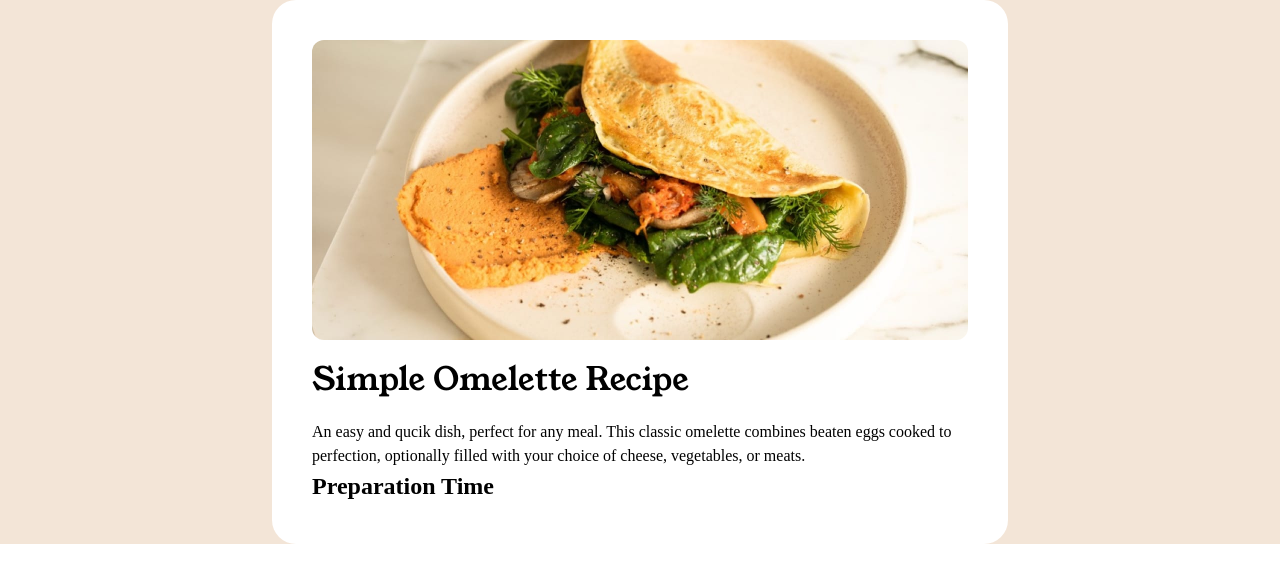
Repository: brandontaylor1/recipe-page
Page: index.html
An editor plug-in stored every save of this project. The page is shown before and after a run of saves, followed by the edit.
The browser window is 1280 px wide. The pictures show the whole page.

Above is the page before, as saved 2024-12-28 21:50:23.

After the next 2 saves:
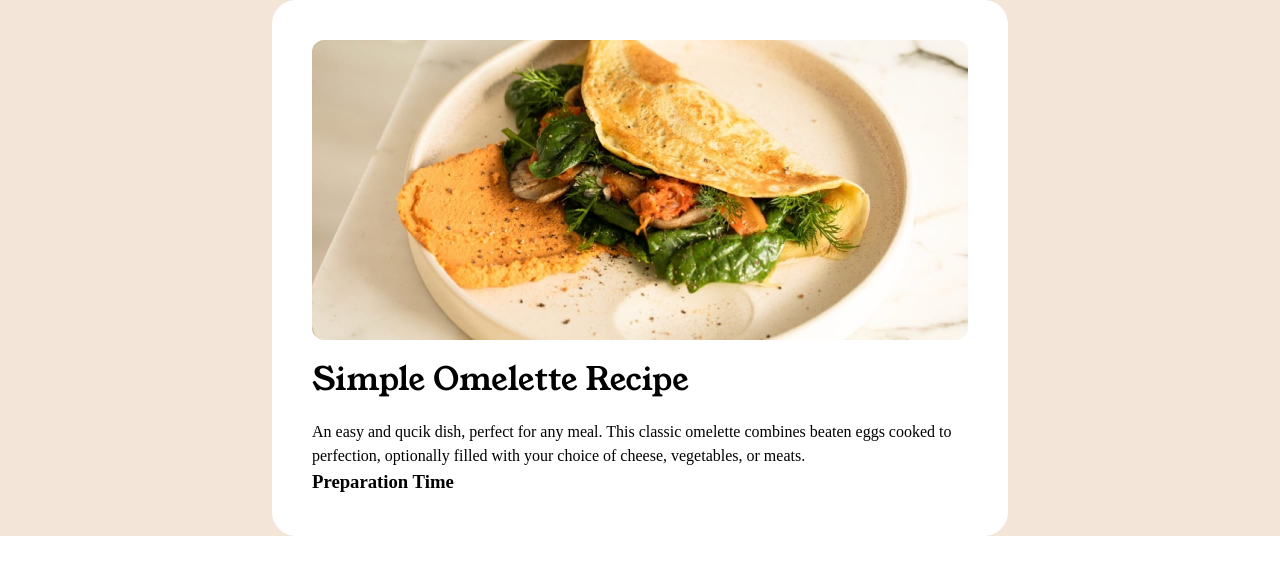
The 2 saves are shown as one change because they came seconds apart.
The last was saved 10 s later.
--- a/index.html
+++ b/index.html
@@ -18,7 +18,8 @@
                 <p>An easy and qucik dish, perfect for any meal. This classic omelette combines beaten eggs cooked to perfection, optionally filled with your choice of cheese, vegetables, or meats. </p>
             </div>
             <div class="preparation-container">
-                <h2>Preparation Time</h2>
+                <h3>Preparation Time</h3>
+
             </div>
         </div>
 
